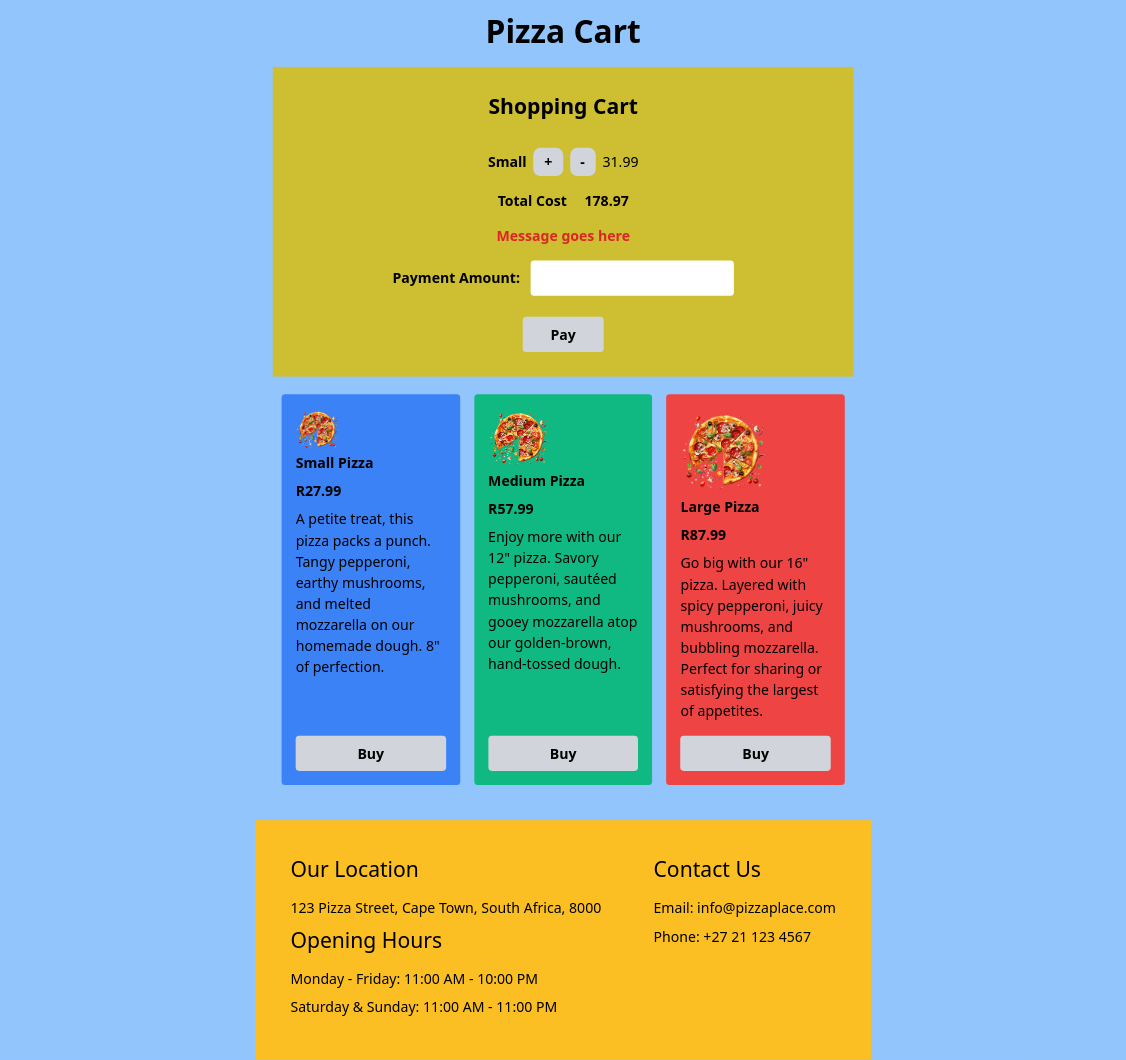
Repository: lasity34/pizza_cart
Page: index.html
These files come from the project's save history. The page is drawn as it stood at one moment and after the next save; the edit follows.
The browser window is 1280 px wide. The pictures show the whole page, at 88% of full size.
Some web libraries are served in a nearby version.

Above is the page before, as saved 2023-07-11 09:51:25.

After the next save:
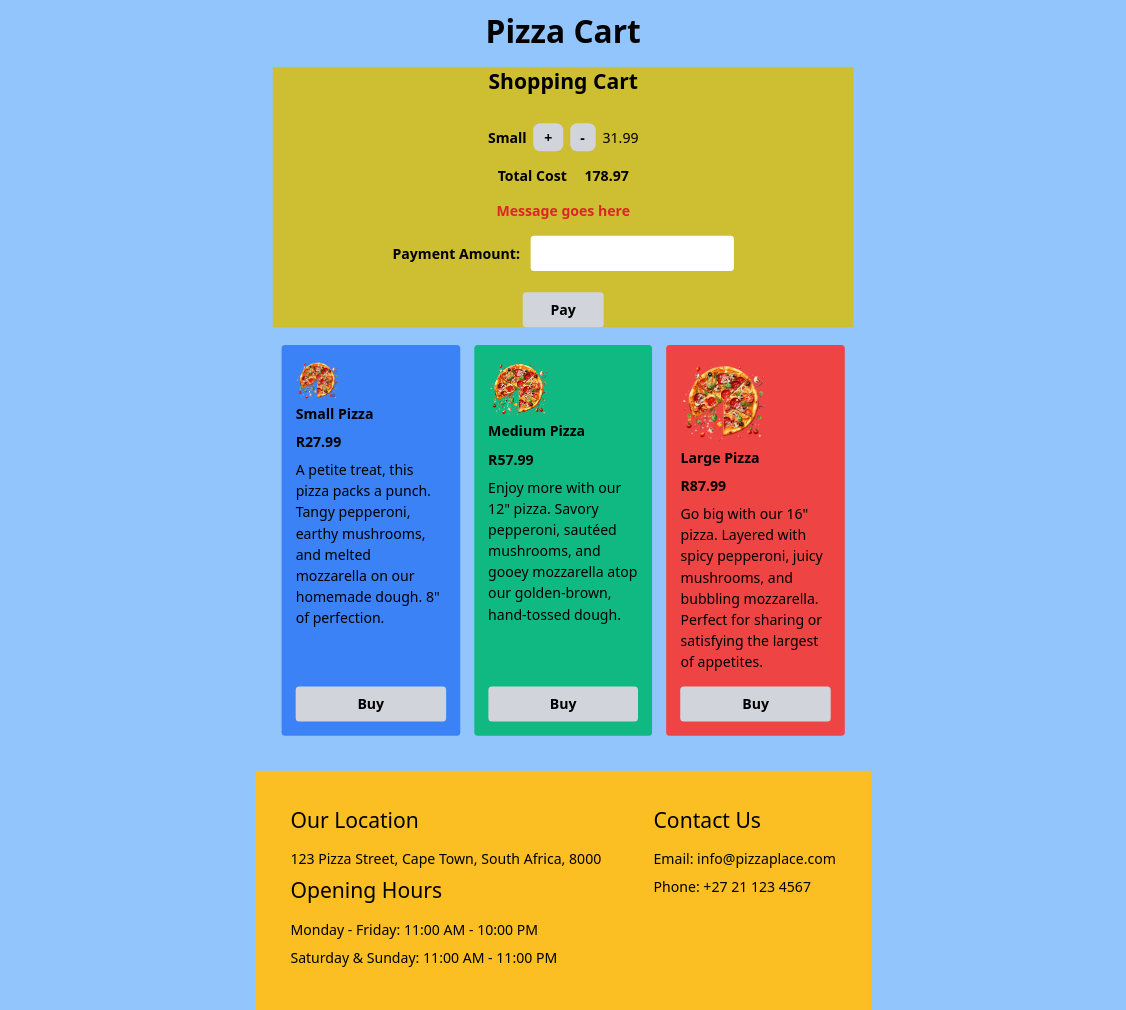
Saved 47 s later.
--- a/index.html
+++ b/index.html
@@ -16,7 +16,7 @@
       <h1 class="text-4xl pt-4 font-bold">Pizza Cart</h1>
     </section>
     <section
-      class="shop-container m-5 p-7 flex justify-center items-center flex-col"
+      class="shop-container m-5  flex justify-center items-center flex-col"
     >
       <h2 class="text-2xl mb-2 font-bold">Shopping Cart</h2>
       <div class="mt-6 flex flex-col items-center">

After the save that followed:
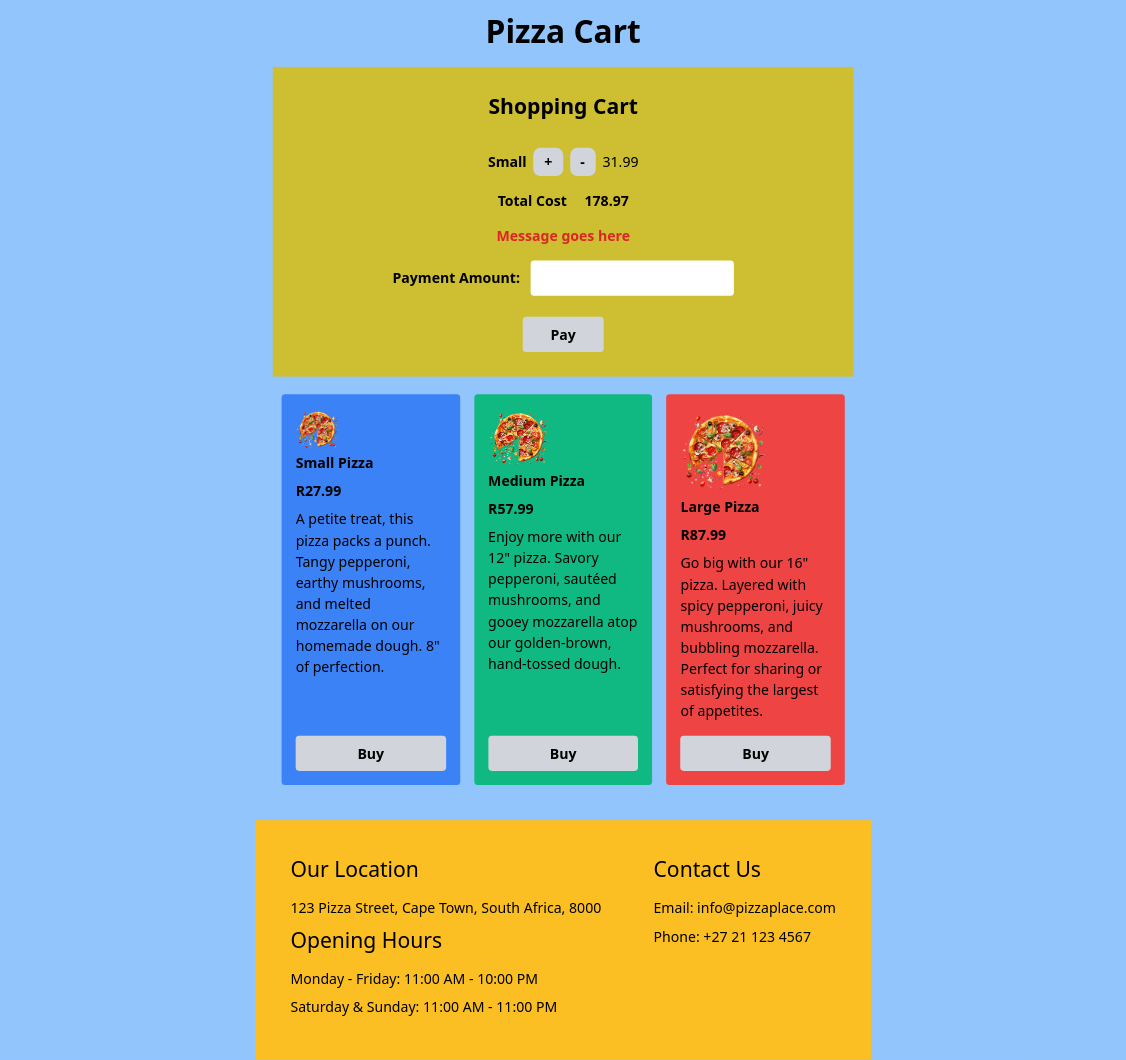
Saved 26 s later.
--- a/index.html
+++ b/index.html
@@ -16,7 +16,7 @@
       <h1 class="text-4xl pt-4 font-bold">Pizza Cart</h1>
     </section>
     <section
-      class="shop-container m-5  flex justify-center items-center flex-col"
+      class="shop-container m-5 p-7 flex justify-center items-center flex-col"
     >
       <h2 class="text-2xl mb-2 font-bold">Shopping Cart</h2>
       <div class="mt-6 flex flex-col items-center">
